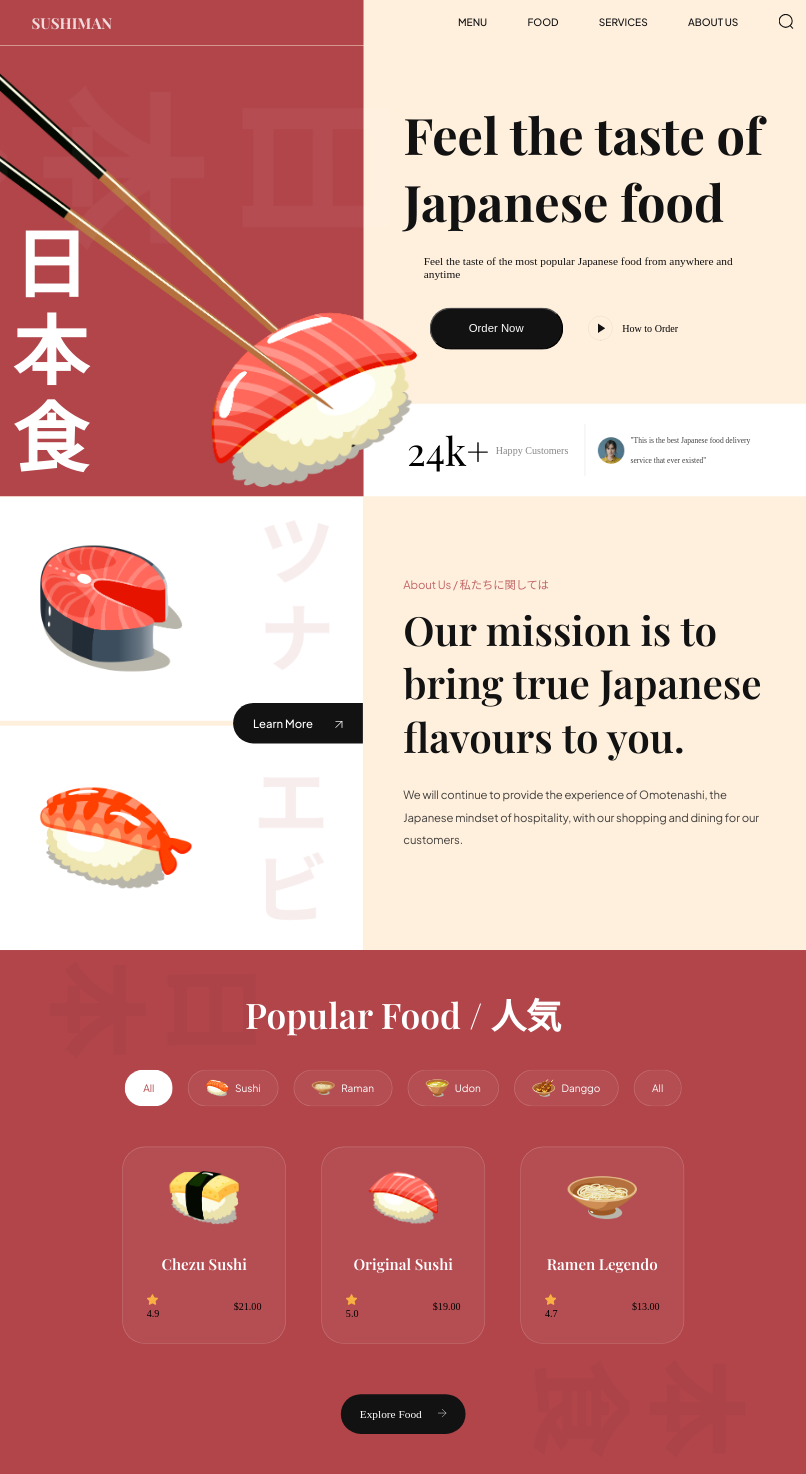
Repository: echoyol/sushiWebsite
Page: index.html
An editor plug-in stored every save of this project. The page is shown before and after the next save, followed by the edit.
The browser window is 1280 px wide. The pictures show the whole page, at 63% of full size.

Above is the page before, as saved 2023-06-05 20:45:39.

After the next save:
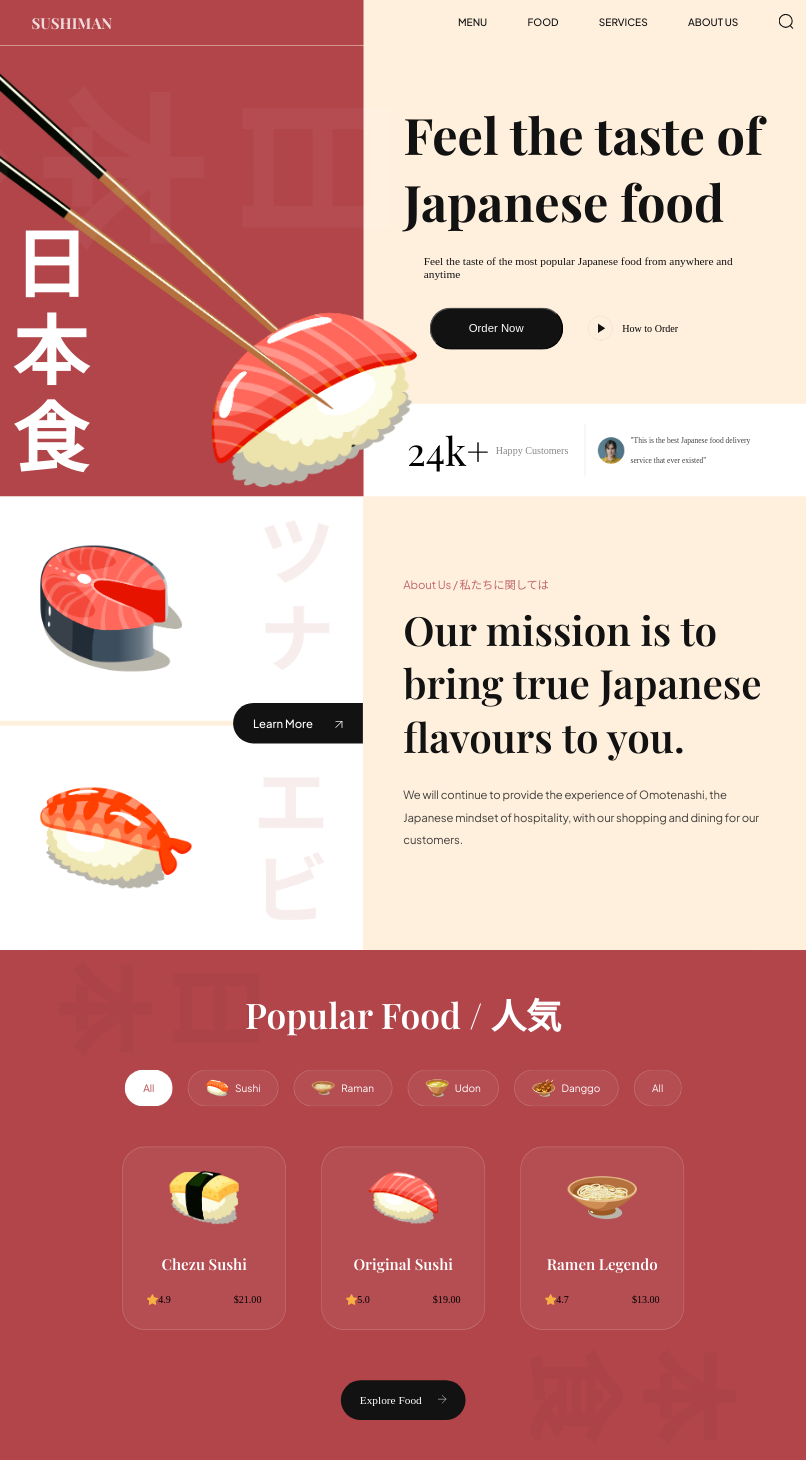
Saved 44 s later.
--- a/css/sections/popular.css
+++ b/css/sections/popular.css
@@ -140,3 +140,8 @@
   width: 100%;
   margin-top: 32px;
 }
+
+.popular-foods__card-rating {
+  display: flex;
+  align-items: center;
+}
